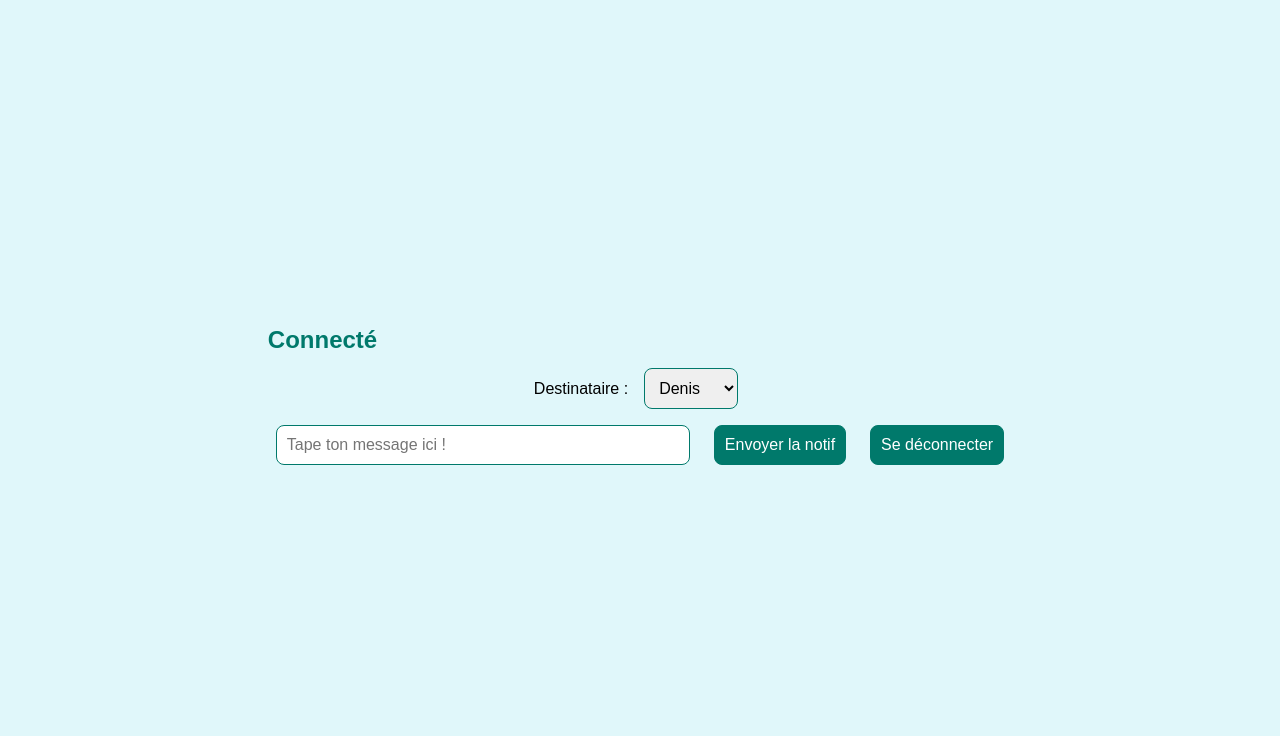
Repository: nlagardere/LumoNet
Page: public/index.html
An editor plug-in stored every save of this project. The page is shown before and after a run of saves, followed by the edit.
The browser window is 1280 px wide. The pictures show the whole page.

Above is the page before, as saved 2025-08-18 20:00:05.

After the next 3 saves:
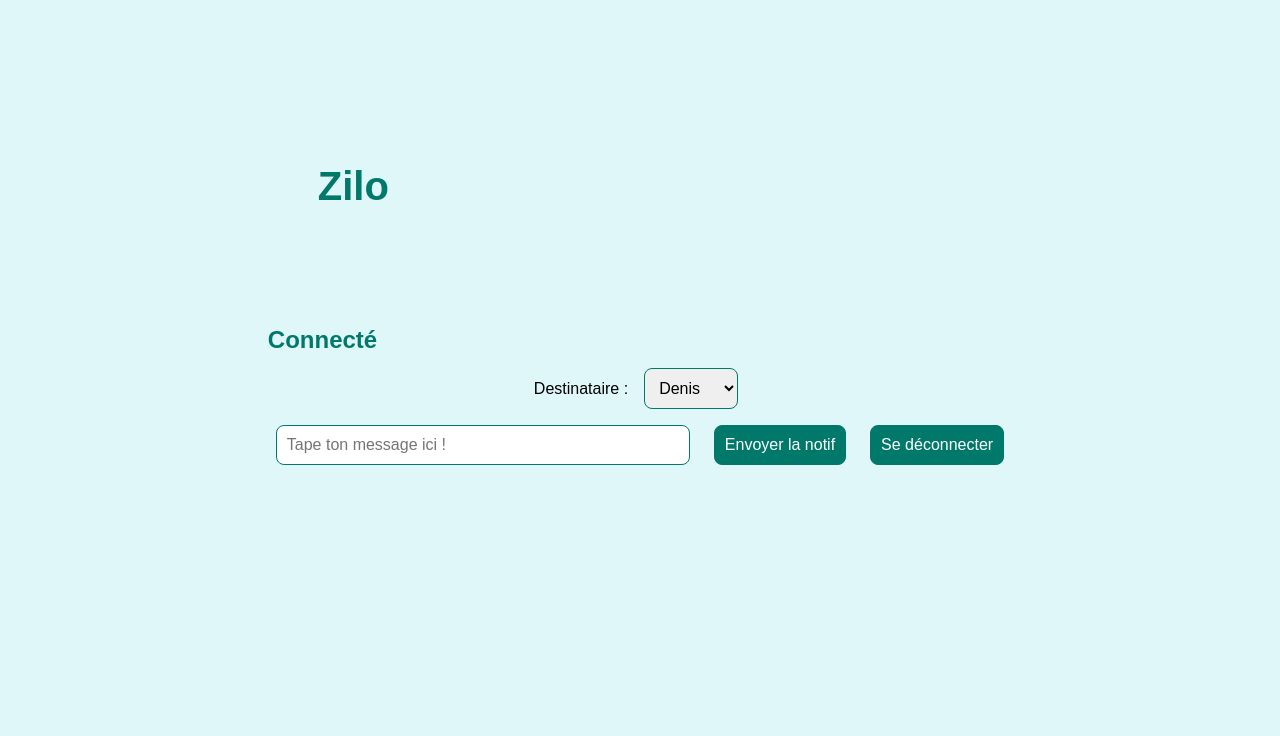
The 3 saves are shown as one change because they came seconds apart.
The last was saved 11 s later.
--- a/public/index.html
+++ b/public/index.html
@@ -48,7 +48,7 @@
       font-size:2.5em;
       margin-bottom:12px;
       position: relative;
-      top: -200%;
+      top: -50%;
       left: 50px
      }
 
